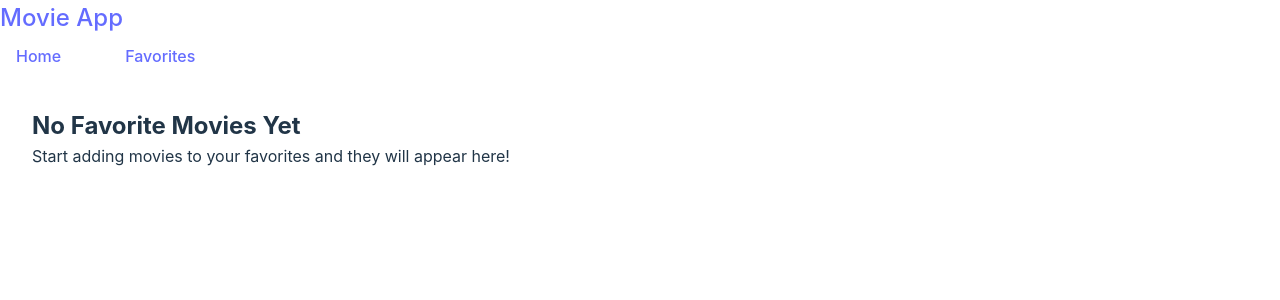
Repository: gogg23/movie-app
Page: /favorites (app in movie app/)
An editor plug-in stored every save of this project. The page is shown before and after the next save, followed by the edit.
The browser window is 1280 px wide. The pictures show the whole page.
The project was rebuilt for these pictures with package versions that can differ from the ones it lists, and the page was loaded fresh each time. Also part of the build but not shown: movie app/vite.config.js, movie app/src/css/MovieCard.css, movie app/src/components/MovieCard.jsx, movie app/src/services/api.js, movie app/src/css/Home.css, movie app/src/pages/Home.jsx.

Above is the page before, as saved 2025-02-24 16:15:14.

After the next save:
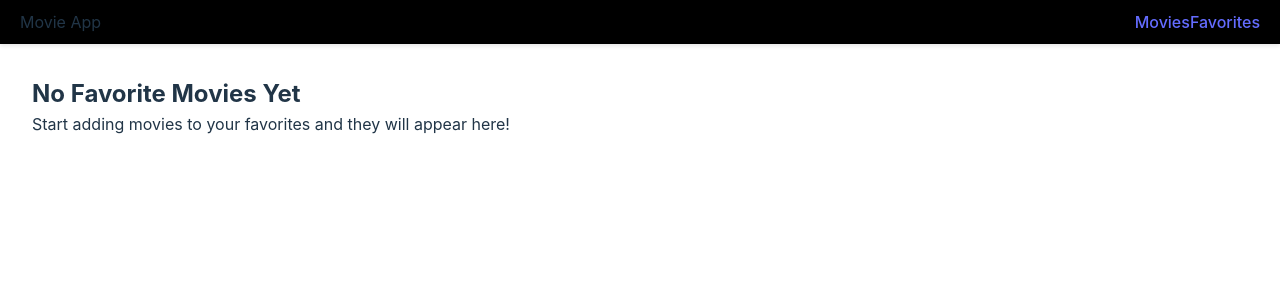
Saved 63 s later.
--- a/movie app/src/components/NavBar.jsx
+++ b/movie app/src/components/NavBar.jsx
@@ -1,21 +1,13 @@
-import React from 'react';
 import { Link } from 'react-router-dom';
-import '../css/Navbar.css';
-import '../css/Home.css';
+import '../css/NavBar.css';
 
 function NavBar() {
   return (
-    <nav className='nav-bar'>
-      <div className='navbar-brand'>
-        <Link to='/'>Movie App</Link>
-      </div>
-      <div className='navbar-links'>
-        <Link to='/' className='nav-link'>
-          Home
-        </Link>
-        <Link to='/favorites' className='nav-link'>
-          Favorites
-        </Link>
+    <nav className='navbar'>
+      <div className='logo'>Movie App</div>
+      <div className='nav-links'>
+        <Link to='/'>Movies</Link>
+        <Link to='/favorites'>Favorites</Link>
       </div>
     </nav>
   );
